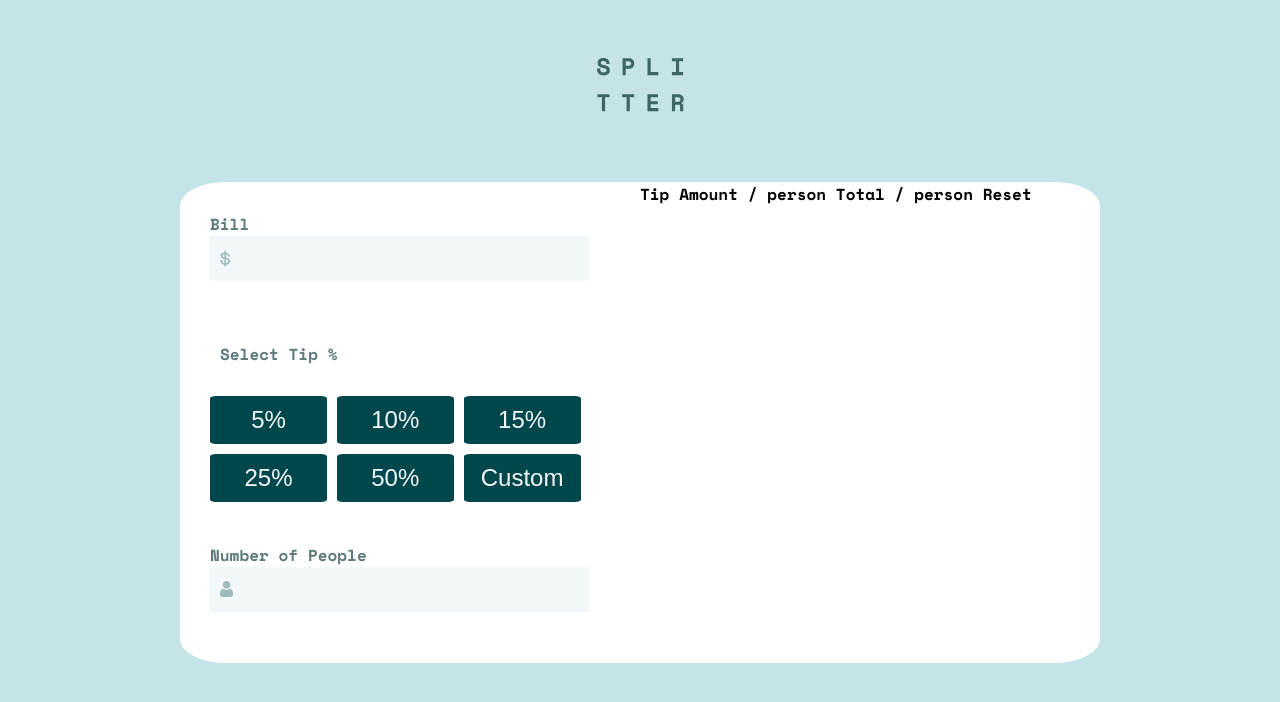
Repository: Arkitecth/tip-calculator
Page: index.html
An editor plug-in stored every save of this project. The page is shown before and after the next save, followed by the edit.
The browser window is 1280 px wide. The pictures show the whole page.

Above is the page before, as saved 2023-06-09 18:18:05.

After the next save:
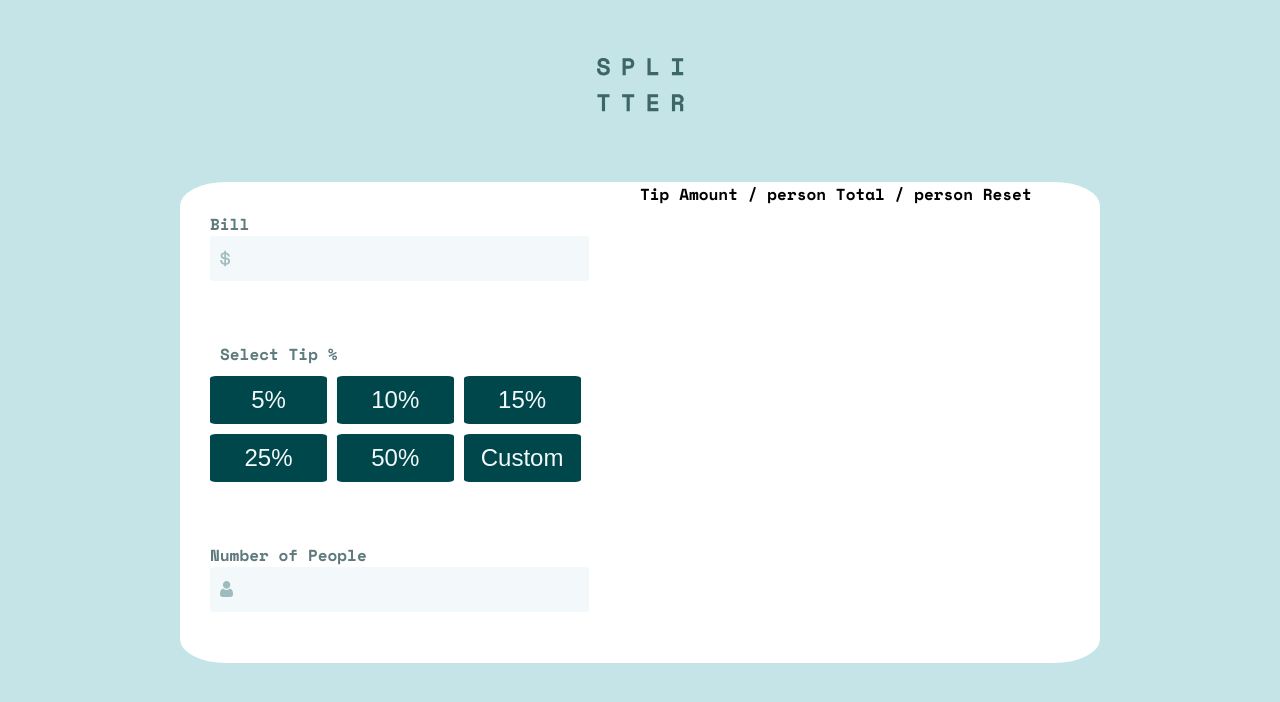
Saved 6 s later.
--- a/styles.css
+++ b/styles.css
@@ -79,7 +79,6 @@
     margin-bottom: 10px;
     background-color:#00474B;
     color: #f3F9FA;
-    transform: translateY(20px);
     font-size: 1.5rem;
     border: none;
     border-radius: 5%;
